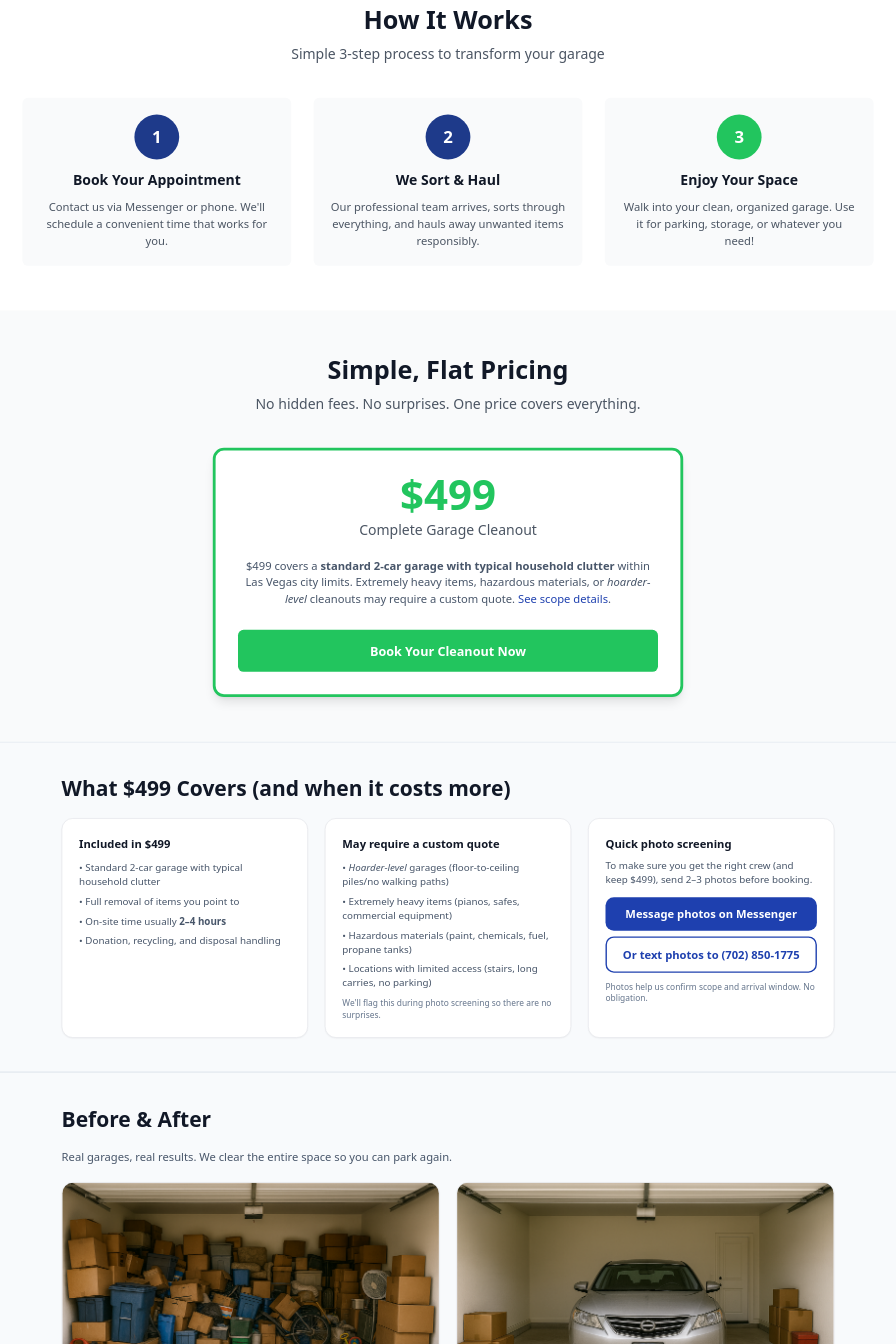
Repository: nikwhite1169/garagegone
Page: index.html
These files come from the project's save history. The page is drawn as it stood at one moment and after the next save; the edit follows.
The browser window is 1280 px wide. The pictures show the part of the page from y = 744 to 2664 px (the page is 5300 px tall before and 5324 px after), at 70% of full size.
Some web libraries are served in a nearby version.

Above is the page before, as saved 2025-09-16 00:15:53.

After the next save:
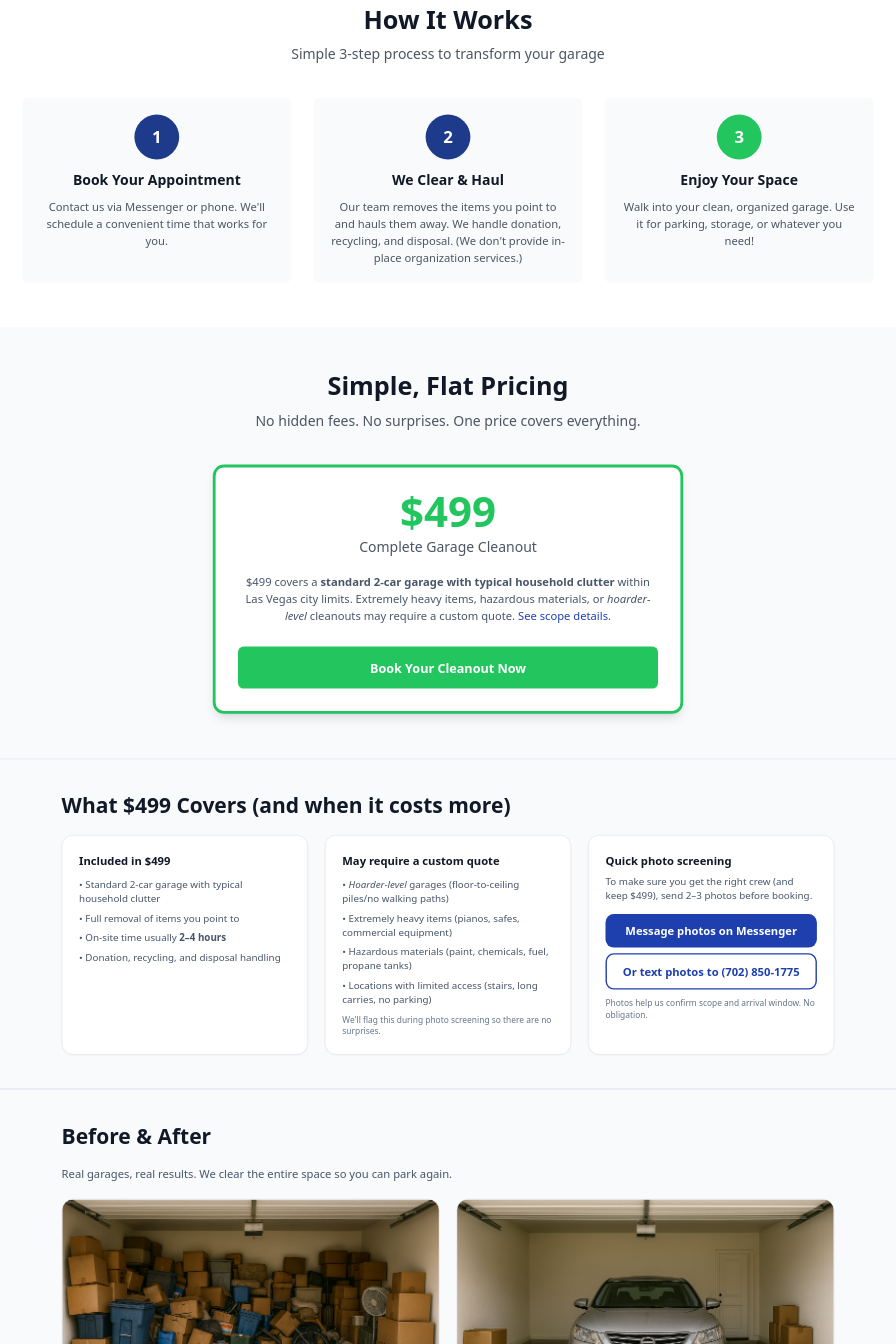
Saved 18 s later.
--- a/index.html
+++ b/index.html
@@ -199,8 +199,8 @@
 
                 <div class="text-center p-6 rounded-lg bg-gray-50">
                     <div class="w-16 h-16 bg-brand-blue text-white rounded-full flex items-center justify-center text-2xl font-bold mx-auto mb-4">2</div>
-                    <h4 class="text-xl font-bold mb-3">We Sort & Haul</h4>
-                    <p class="text-gray-600">Our professional team arrives, sorts through everything, and hauls away unwanted items responsibly.</p>
+                    <h4 class="text-xl font-bold mb-3">We Clear & Haul</h4>
+                    <p class="text-gray-600">Our team removes the items you point to and hauls them away. We handle donation, recycling, and disposal. (We don't provide in-place organization services.)</p>
                 </div>
 
                 <div class="text-center p-6 rounded-lg bg-gray-50">
